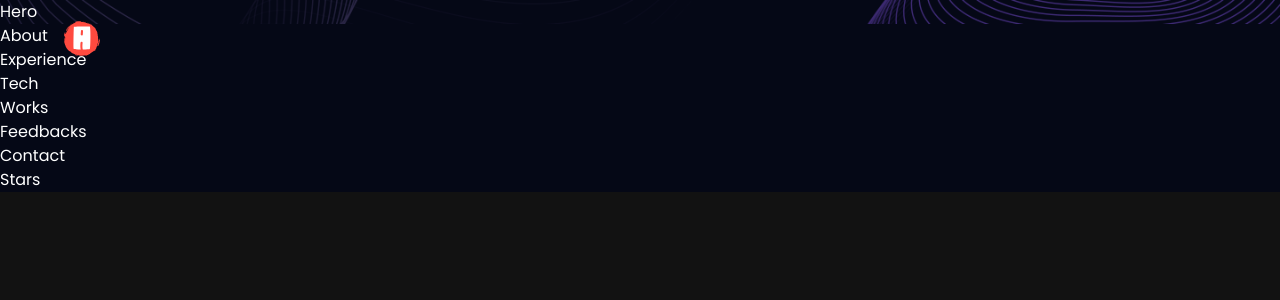
Repository: davedeguia/3d-portfolio
Page: /
The author's editor kept a copy of each file at every save. The page is drawn from the files as they stood at one save, then again after the next save.
The browser window is 1280 px wide. The pictures show the whole page.
The project was rebuilt for these pictures with package versions that can differ from the ones it lists, and the page was loaded fresh each time. Also part of the build but not shown: vite.config.js, src/components/canvas/Earth.jsx, src/components/canvas/Ball.jsx, src/components/canvas/Computers.jsx.

Above is the page before, as saved 2023-03-04 14:32:02.

After the next save:
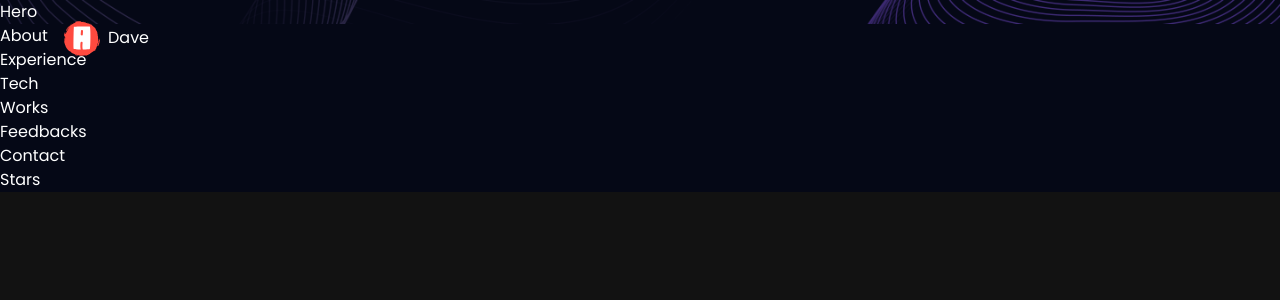
Saved 24 s later.
--- a/src/components/Navbar.jsx
+++ b/src/components/Navbar.jsx
@@ -20,6 +20,7 @@
           }}
         >
           <img src={logo} alt='logo' className='w-9 h-9 object-contain' />
+          <p>Dave</p>
         </Link>
       </div>
     </nav>
